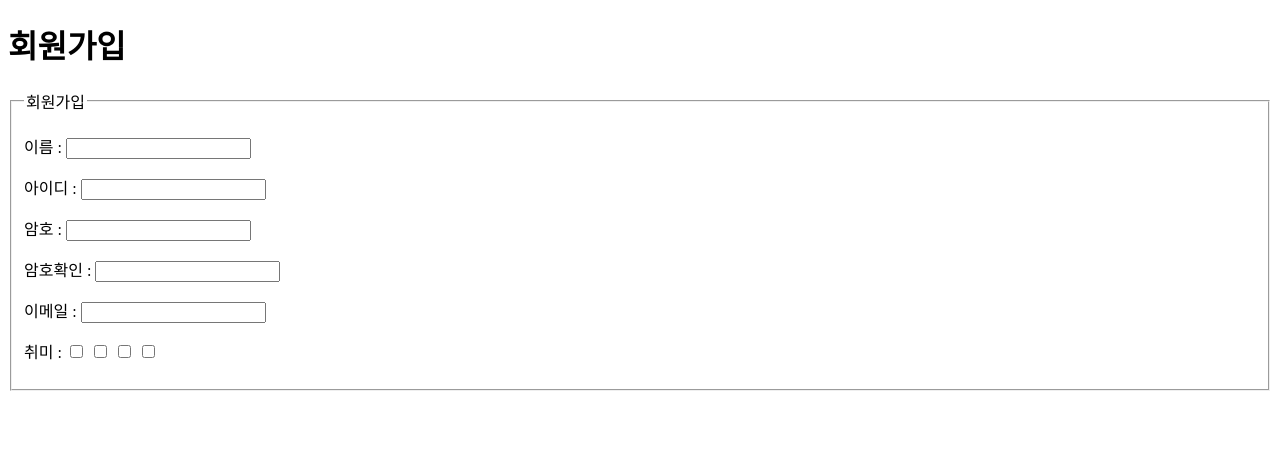
Repository: SeYoung1012/Bitcamp
Page: 60_web/01_Servlet/WebContent/ex04_signup.html
These files come from the project's save history. The page is drawn as it stood at one moment and after the next save; the edit follows.
The browser window is 1280 px wide. The pictures show the whole page.

Above is the page before, as saved 2021-09-24 04:03:31.

After the next save:
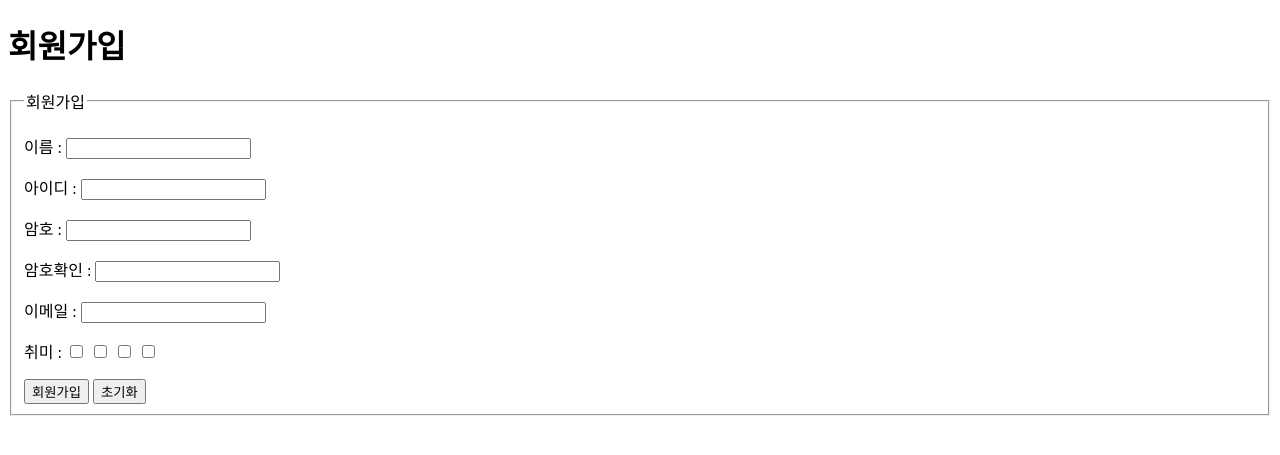
Saved 39 s later.
--- a/60_web/01_Servlet/WebContent/ex04_signup.html
+++ b/60_web/01_Servlet/WebContent/ex04_signup.html
@@ -20,6 +20,9 @@
 			<input type = "checkbox" name = "hobby" value = "영화">
 			<input type = "checkbox" name = "hobby" value = "독서">
 		</p>
+		<input type = "submit" value = "회원가입">
+		<input type = "reset" value = "초기화">
+
 		</fieldset>
 	</form>
 
